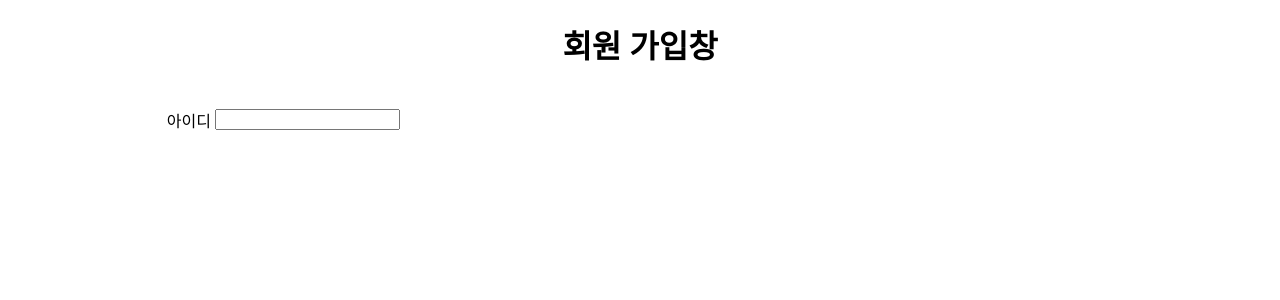
Repository: yw-son/yw-son
Page: http://localhost/pro14/test06/memberForm.jsp
An editor plug-in stored every save of this project. The page is shown before and after the next save, followed by the edit.
The browser window is 1280 px wide. The pictures show the whole page.
The page is served by Tomcat 9. Other server files are loaded and not shown.

Above is the page before, as saved 2023-06-16 06:09:09.

### pro14/src/main/webapp/test06/memberForm.jsp
<%@ page language="java" contentType="text/html; charset=UTF-8"
    pageEncoding="UTF-8"%>
<!DOCTYPE html>
<html>
<head>
<meta charset="UTF-8">
<title>Insert title here</title>
</head>
<body>
	<form method="post" action="member_action.jsp">
		<h1 style="text-align: center;">회원 가입창</h1>
		<table align="cenrer}">
			<tr>
				<td width="200">
				 <p align="right">아이디
				</td>
				<td width="400"><input type="text" name="id"></td>
			</tr>
		</table>
	</form>
</body>
</html>

After the next save:
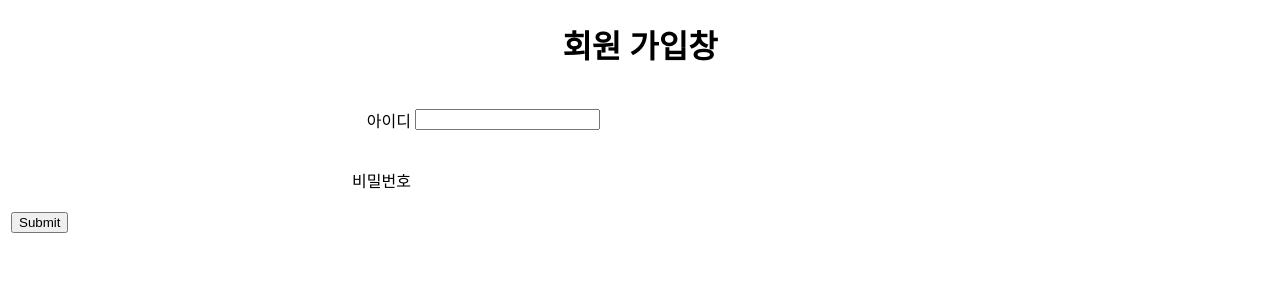
Saved 77 s later.
--- a/pro14/src/main/webapp/test06/memberForm.jsp
+++ b/pro14/src/main/webapp/test06/memberForm.jsp
@@ -16,6 +16,12 @@
 				</td>
 				<td width="400"><input type="text" name="id"></td>
 			</tr>
+			<tr>
+			<td>
+				<p align="right">비밀번호
+			</td>
+			</tr>
+			<td width="400"><input type="submit" name="pwd"></td>
 		</table>
 	</form>
 </body>
